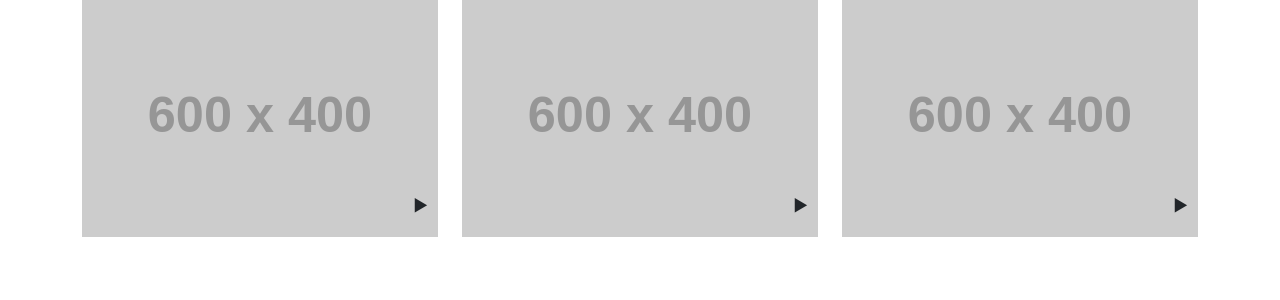
Repository: fbansept/ran4_24
Page: index.html
The author's editor kept a copy of each file at every save. The page is drawn from the files as they stood at one save, then again after the next save.
The browser window is 1280 px wide. The pictures show the whole page.

Above is the page before, as saved 2024-10-14 11:27:45.

### index.html
<!DOCTYPE html>
<html lang="en">
  <head>
    <meta charset="UTF-8" />
    <meta name="viewport" content="width=device-width, initial-scale=1.0" />
    <title>Document</title>
    <link
      href="https://cdn.jsdelivr.net/npm/bootstrap@5.3.3/dist/css/bootstrap.min.css"
      rel="stylesheet"
      integrity="sha384-QWTKZyjpPEjISv5WaRU9OFeRpok6YctnYmDr5pNlyT2bRjXh0JMhjY6hW+ALEwIH"
      crossorigin="anonymous"
    />
    <script
      defer
      src="https://cdn.jsdelivr.net/npm/bootstrap@5.3.3/dist/js/bootstrap.bundle.min.js"
      integrity="sha384-YvpcrYf0tY3lHB60NNkmXc5s9fDVZLESaAA55NDzOxhy9GkcIdslK1eN7N6jIeHz"
      crossorigin="anonymous"
    ></script>

    <link rel="stylesheet" href="style.css">
  </head>
  <body>
    <main class="container">
      <div class="row row-cols-1 row-cols-md-3">
        <article class="col">
          <div>
            <img src="https://placehold.co/600x400" />
            <div class="button">▶</div>
          </div>
        </article>
        <article class="col">
          <div>
            <img src="https://placehold.co/600x400" />
            <div class="button">▶</div>
          </div>
        </article>
        <article class="col">
          <div>
            <img src="https://placehold.co/600x400" />
            <div class="button">▶</div>
          </div>
        </article>
      </div>
    </main>
  </body>
</html>

### style.css
.container > .row > article > div {
  position: relative;
  width: 100%;
}

.container > .row > article > div > img {
  object-fit: cover;
  width: 100%;
}

.button {
  position: absolute;
  bottom: 20px;
  right: 10px;
}

After the next save:
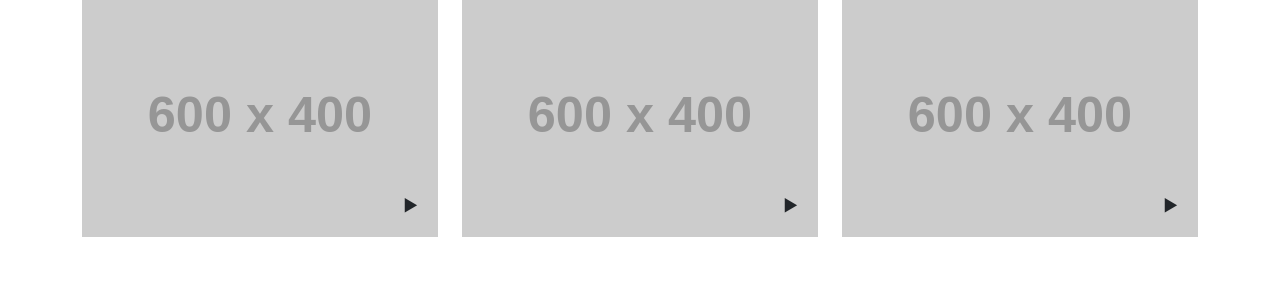
Saved 5 s later.
--- a/style.css
+++ b/style.css
@@ -11,5 +11,5 @@
 .button {
   position: absolute;
   bottom: 20px;
-  right: 10px;
+  right: 20px;
 }
